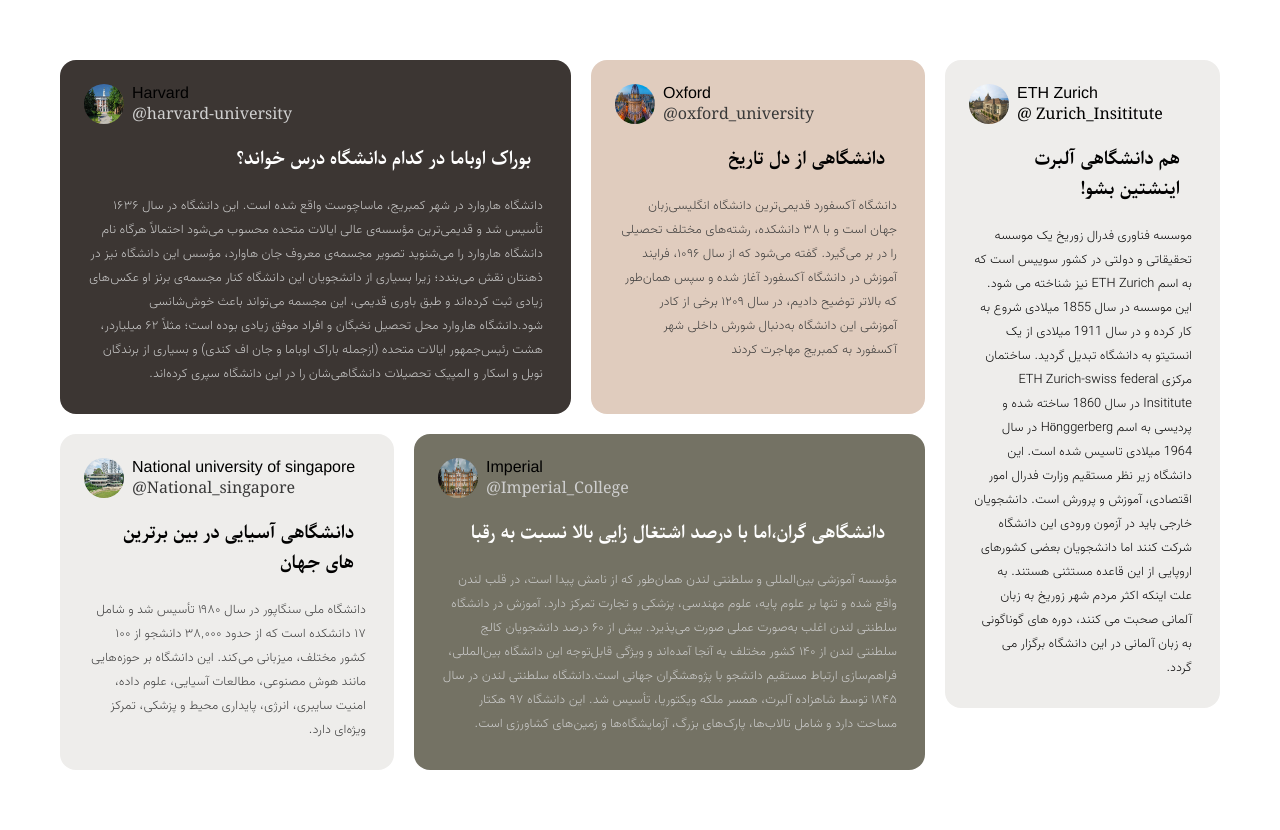
Repository: rahanwz/cards
Page: cards.html
The author's editor kept a copy of each file at every save. The page is drawn from the files as they stood at one save, then again after a run of saves.
The browser window is 1280 px wide. The pictures show the whole page.

Above is the page before, as saved 2024-02-17 17:36:13.

### cards.html
<!DOCTYPE html>
<html lang="en">
  <head>
    <meta charset="UTF-8" />
    <meta name="viewport" content="width=device-width, initial-scale=1.0" />
    <title>Document</title>
    <link rel="stylesheet" href="cards.css" />
  </head>
  <body>
    <div class="container">
      <div class="boxcard1">
        <div class="cardcontainer big-card">
          <div class="card1">
            <div class="head">
              <div class="profile">
                <div class="profilecontaner">
                  <img
                    src="harvard-university-6591e0b9df73096be8d614ee.webp"
                    alt=""
                  />
                </div>
              </div>

              <div>
                <div class="user">Harvard</div>
                <div class="id" style="color: #d0d0d0">@harvard-university</div>
              </div>
            </div>
            <div class="descrip1" style="color: #ffffff">
              بوراک اوباما در کدام دانشگاه درس خواند؟
            </div>
            <div class="descrip2" style="color: #d0d0d0">
              دانشگاه هاروارد در شهر کمبریج، ماساچوست واقع شده است. این دانشگاه
              در سال ۱۶۳۶ تأسیس شد و قدیمی‌ترین مؤسسه‌ی عالی ایالات متحده محسوب
              می‌شود احتمالاً هرگاه نام دانشگاه هاروارد را می‌شنوید تصویر
              مجسمه‌ی معروف جان هاوارد، مؤسس این دانشگاه نیز در ذهنتان نقش
              می‌بندد؛ زیرا بسیاری از دانشجویان این دانشگاه کنار مجسمه‌ی برنز او
              عکس‌های زیادی ثبت کرده‌اند و طبق باوری قدیمی، این مجسمه می‌تواند
              باعث خوش‌شانسی شود.دانشگاه هاروارد محل تحصیل نخبگان و افراد موفق
              زیادی بوده است؛ مثلاً ۶۲ میلیاردر، هشت‌ رئیس‌جمهور ایالات متحده
              (ازجمله باراک اوباما و جان اف کندی) و بسیاری از برندگان نوبل و
              اسکار و المپیک تحصیلات دانشگاهی‌شان را در این دانشگاه سپری
              کرده‌اند.
            </div>
          </div>
        </div>

        <div class="cardcontainer small-card">
          <div class="card2">
            <div class="head">
              <div class="profile">
                <div class="profilecontaner">
                  <img
                    src="oxford-university-jpg-6591b422df73096be8d6145c.webp"
                    alt=""
                  />
                </div>
              </div>
              <div>
                <div class="user">Oxford</div>
                <div class="id" style="color: #393939">@oxford_university</div>
              </div>
            </div>
            <div class="descrip1">دانشگاهی از دل تاریخ</div>
            <div class="descrip2"   style="color: #393939">
              دانشگاه آکسفورد قدیمی‌ترین دانشگاه انگلیسی‌زبان جهان است و با ۳۸
              دانشکده، رشته‌های مختلف تحصیلی را در بر می‌گیرد. گفته می‌شود که از
              سال ۱۰۹۶، فرایند آموزش در دانشگاه آکسفورد آغاز شده و سپس همان‌طور
              که بالاتر توضیح دادیم، در سال ۱۲۰۹ برخی از کادر آموزشی این دانشگاه
              به‌دنبال شورش داخلی شهر آکسفورد به کمبریج مهاجرت کردند
            </div>
          </div>
        </div>

        <div class="cardcontainer small-card">
          <div class="card3">
            <div class="head">
              <div class="profile">
                <div class="profilecontaner">
                  <img src="nus-6591f1acdf73096be8d61515.webp" alt="" />
                </div>
              </div>

              <div>
                <div class="user">National university of singapore</div>
                <div class="id"  style="color: #393939">@National_singapore</div>
              </div>
            </div>
            <div class="descrip1">دانشگاهی آسیایی در بین برترین های جهان</div>
            <div class="descrip2"   style="color: #393939">
              دانشگاه ملی سنگاپور در سال ۱۹۸۰ تأسیس شد و شامل ۱۷ دانشکده‌ است که
              از حدود ۳۸٬۰۰۰ دانشجو از ۱۰۰ کشور مختلف، میزبانی می‌کند. این
              دانشگاه بر حوزه‌هایی مانند هوش مصنوعی، مطالعات آسیایی، علوم داده،
              امنیت سایبری، انرژی، پایداری محیط و پزشکی، تمرکز ویژه‌ای دارد.
            </div>
          </div>
        </div>
        <div class="cardcontainer big-card">
          <div class="card4">
            <div class="head">
              <div class="profile">
                <div class="profilecontaner">
                  <img
                    src="imperial-college-london-6591e911df73096be8d614fb.webp"
                    alt=""
                  />
                </div>
              </div>

              <div>
                <div class="user">Imperial</div>
                <div class="id" style="color: #cfcfcf">@Imperial_College</div>
              </div>
            </div>
            <div class="descrip1" style="color: #ffffff">
              دانشگاهی گران،اما با درصد اشتغال زایی بالا نسبت به رقبا
            </div>
            <div class="descrip2" style="color: #cfcfcf">
              مؤسسه آموزشی بین‌المللی و سلطنتی لندن همان‌طور که از نامش پیدا
              است، در قلب لندن واقع شده و تنها بر علوم پایه، علوم مهندسی، پزشکی
              و تجارت تمرکز دارد. آموزش در دانشگاه سلطنتی لندن اغلب به‌صورت عملی
              صورت می‌پذیرد. بیش از ۶۰ درصد دانشجویان کالج سلطنتی لندن از ۱۴۰
              کشور مختلف به آنجا آمده‌اند و ویژگی قابل‌توجه این دانشگاه
              بین‌المللی، فراهم‌سازی ارتباط مستقیم دانشجو با پژوهشگران جهانی
              است.دانشگاه سلطنتی لندن در سال ۱۸۴۵ توسط شاهزاده آلبرت، همسر ملکه
              ویکتوریا، تأسیس شد. این دانشگاه ۹۷ هکتار مساحت دارد و شامل
              تالاب‌ها، پارک‌های بزرگ، آزمایشگاه‌ها و زمین‌های کشاورزی است.
            </div>
          </div>
        </div>
      </div>
      <div class="boxcard2">
        <div class="cardcontainer">
          <div class="card5">
            <div class="head">
              <div class="profile">
                <div class="profilecontaner">
                  <img src="zurich-eth-6591f083df73096be8d6150c.webp" alt="" />
                </div>
              </div>

              <div>
                <div class="user">ETH Zurich</div>
                <div class="id">@ Zurich_Insititute</div>
              </div>
            </div>
            <div class="descrip1">هم دانشگاهی آلبرت اینشتین بشو!</div>
            <div class="descrip2">
              موسسه فناوری فدرال زوریخ یک موسسه تحقیقاتی و دولتی در کشور سوییس
              است که به اسم ETH Zurich نیز شناخته می شود. این موسسه در سال 1855
              میلادی شروع به کار کرده و در سال 1911 میلادی از یک انستیتو به
              دانشگاه تبدیل گردید. ساختمان مرکزی ETH Zurich-swiss federal
              Insititute در سال 1860 ساخته شده و پردیسی به اسم Hönggerberg در
              سال 1964 میلادی تاسیس شده است. این دانشگاه زیر نظر مستقیم وزارت
              فدرال امور اقتصادی، آموزش و پرورش است. دانشجویان خارجی باید در
              آزمون ورودی این دانشگاه شرکت کنند اما دانشجویان بعضی کشورهای
              اروپایی از این قاعده مستثنی هستند. به علت اینکه اکثر مردم شهر
              زوریخ به زبان آلمانی صحبت می کنند، دوره های گوناگونی به زبان
              آلمانی در این دانشگاه برگزار می گردد.
            </div>
          </div>
        </div>
      </div>
    </div>
  </body>
</html>

### cards.css
* {
  padding: 0;
  margin: 0;
  box-sizing: border-box;
}

.container {
  display: flex;
  flex-direction: column;
  width: 100%;
  height: auto;
  padding: 3rem 2.5rem;
}

.head {
  display: flex;
}

.cardcontainer {
  width: 100%;
  padding: 10px;
}

.card1 {
  background-color: #3c3633;
  padding: 1.5rem;
  border-radius: 1rem;
}
.profile img {
  width: 40px;
  height: 40px;
  margin-right: 0.5rem;
  border-radius: 50%;
}

.descrip {
  padding-top: 1.5rem;
}

.card2 {
  background-color: #e0ccbe;
  padding: 1.5rem;
  border-radius: 1rem;
}
.card3 {
  background-color: #eeedeb;
  padding: 1.5rem;
  border-radius: 1rem;
}
.card4 {
  padding: 1.5rem;
  border-radius: 1rem;
  background-color: #747264;
}

.card5 {
  background-color: #eeedeb;
  padding: 1.5rem;
  border-radius: 1rem;
}

@media (min-width: 1024px) {
  .container {
    flex-direction: row;
    padding: 50px;
    height: 100%;
  }

  .boxcard1 {
    display: flex;
    width: 75%;
    height: 20%;
    flex-wrap: wrap;
  }

  .boxcard2 {
    width: 25%;
    height: 65%;
  }

  .big-card {
    width: 60%;
  }
  .small-card {
    width: 40%;
  }
  .card1,
  .card2,
  .card3,
  .card4,
  .card5 {
    height: 100%;
  }
}
.descrip1,
.descrip2 {
  direction: rtl;
}

.descrip1 {
  font-size: 1.1rem;
  padding: 1rem;
  font-family: titr;
}

.descrip2 {
  padding: 0.25rem;
  font-size: 0.8rem;
  line-height: 1.5rem;
  font-family: des;
}
.user {
  font-family: "Franklin Gothic Medium", "Arial Narrow", Arial, sans-serif;
}
.id {
  font-family: Cambria, Cochin, Georgia, Times, "Times New Roman", serif;
}

@font-face {
  font-family: titr;
  src: url(font/Parastoo-Bold-FD-WOL.woff);
}

@font-face {
  font-family: des;
  src: url(font/Vazir-Thin.woff2);
}

After the next 2 saves:
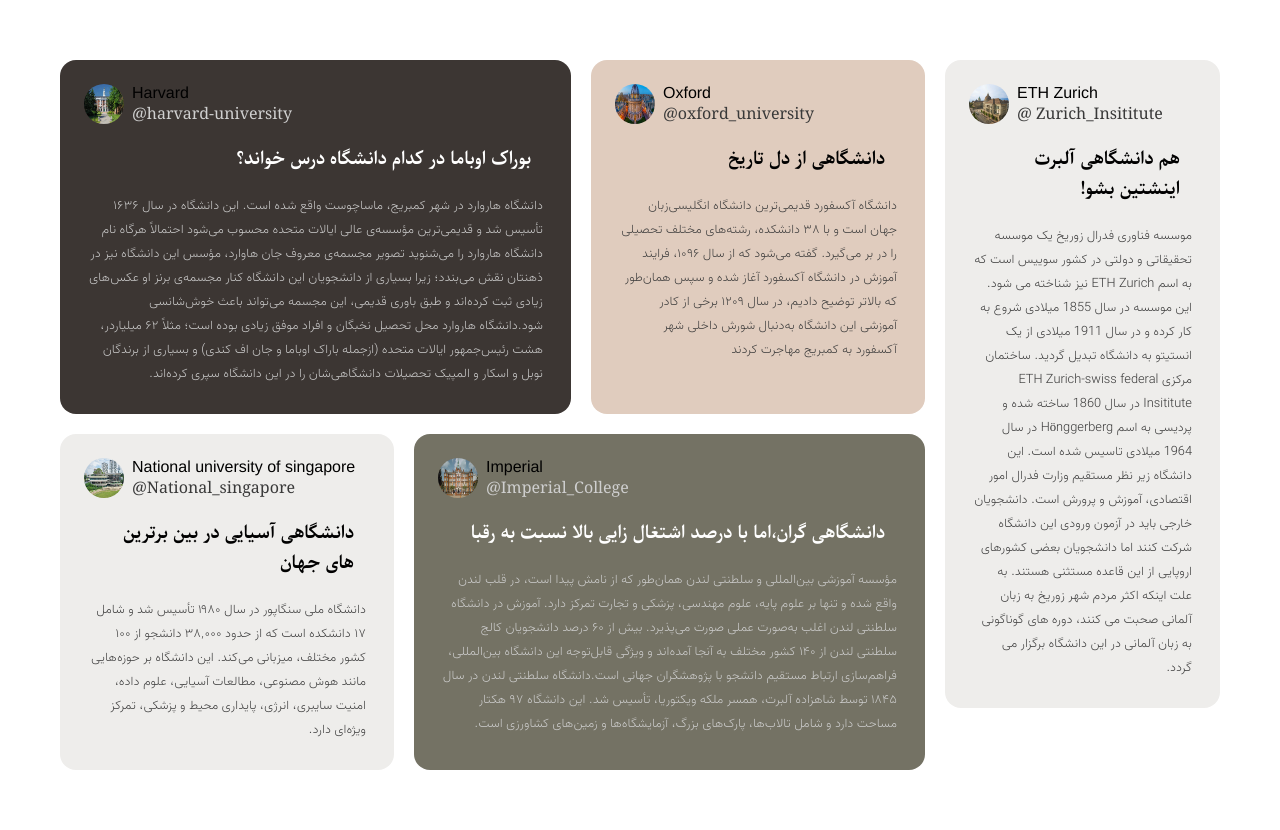
The 2 saves are shown as one change because they came seconds apart.
The last was saved 15 s later.
--- a/cards.html
+++ b/cards.html
@@ -62,7 +62,7 @@
               </div>
             </div>
             <div class="descrip1">دانشگاهی از دل تاریخ</div>
-            <div class="descrip2"   style="color: #393939">
+            <div class="descrip2" style="color: #393939">
               دانشگاه آکسفورد قدیمی‌ترین دانشگاه انگلیسی‌زبان جهان است و با ۳۸
               دانشکده، رشته‌های مختلف تحصیلی را در بر می‌گیرد. گفته می‌شود که از
               سال ۱۰۹۶، فرایند آموزش در دانشگاه آکسفورد آغاز شده و سپس همان‌طور
@@ -83,11 +83,11 @@
 
               <div>
                 <div class="user">National university of singapore</div>
-                <div class="id"  style="color: #393939">@National_singapore</div>
+                <div class="id" style="color: #393939">@National_singapore</div>
               </div>
             </div>
             <div class="descrip1">دانشگاهی آسیایی در بین برترین های جهان</div>
-            <div class="descrip2"   style="color: #393939">
+            <div class="descrip2" style="color: #393939">
               دانشگاه ملی سنگاپور در سال ۱۹۸۰ تأسیس شد و شامل ۱۷ دانشکده‌ است که
               از حدود ۳۸٬۰۰۰ دانشجو از ۱۰۰ کشور مختلف، میزبانی می‌کند. این
               دانشگاه بر حوزه‌هایی مانند هوش مصنوعی، مطالعات آسیایی، علوم داده،
@@ -141,11 +141,11 @@
 
               <div>
                 <div class="user">ETH Zurich</div>
-                <div class="id">@ Zurich_Insititute</div>
+                <div class="id" style="color: #393939">@ Zurich_Insititute</div>
               </div>
             </div>
             <div class="descrip1">هم دانشگاهی آلبرت اینشتین بشو!</div>
-            <div class="descrip2">
+            <div class="descrip2" style="color: #393939">
               موسسه فناوری فدرال زوریخ یک موسسه تحقیقاتی و دولتی در کشور سوییس
               است که به اسم ETH Zurich نیز شناخته می شود. این موسسه در سال 1855
               میلادی شروع به کار کرده و در سال 1911 میلادی از یک انستیتو به
